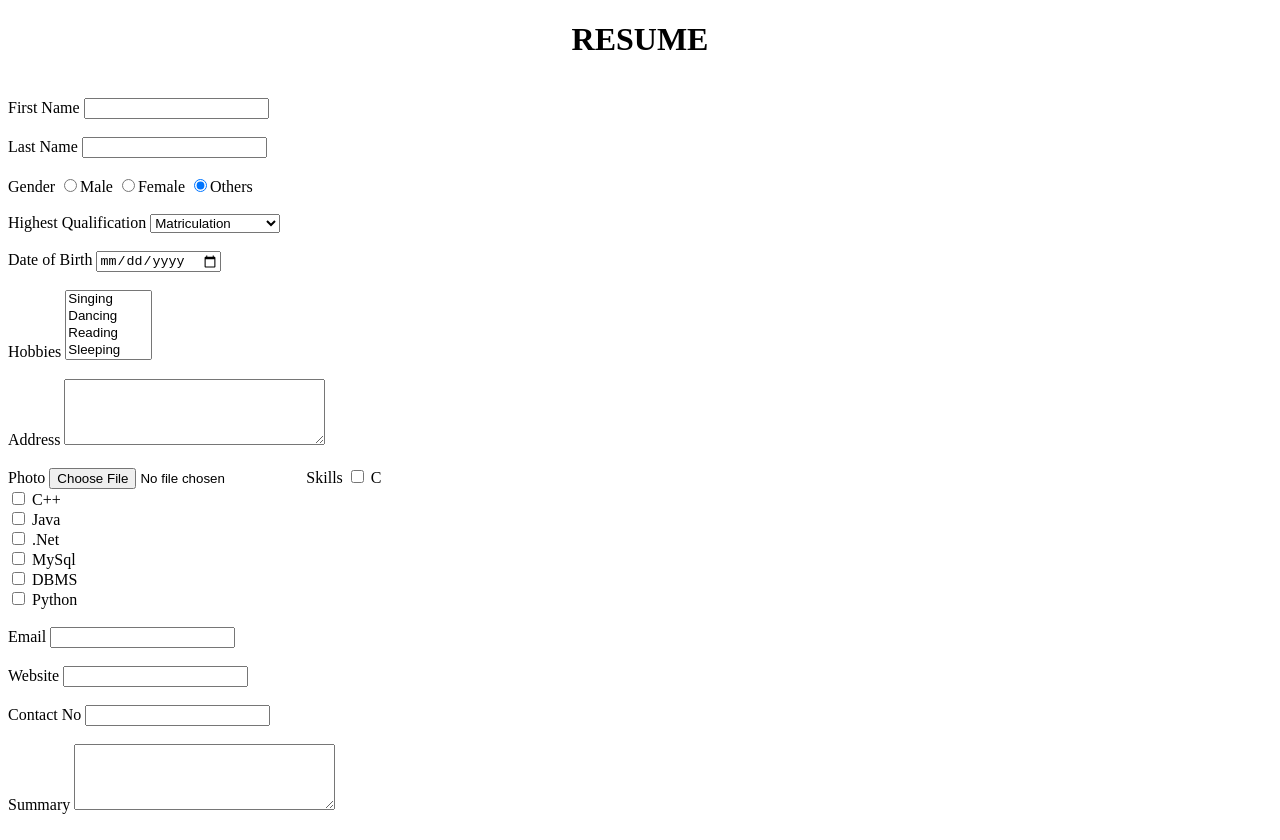
Repository: Rccalfa123/JEE
Page: MyFirstServlet/WebContent/Resume.html
An editor plug-in stored every save of this project. The page is shown before and after the next save, followed by the edit.
The browser window is 1280 px wide. The pictures show the whole page.

Above is the page before, as saved 2018-08-07 08:35:26.

### MyFirstServlet/WebContent/Resume.html
<!DOCTYPE html>
<html>
<head>
<meta charset="ISO-8859-1">
<title>Resume</title>
</head>
<body>
   <form action="ms1.java" method="get">
   <h1 align="center"> RESUME </h1><br>

   First Name <input type="text" name="fname"><br><br>

   Last Name  <input type="text" name="lname"><br><br>

   Gender <input type="radio" name = "gender" value="male" checked="checked">Male
   		  <input type="radio" name = "gender" value="female" checked="checked">Female
   		  <input type="radio" name = "gender" value="others" checked="checked">Others<br><br>

   Highest Qualification <select name = "Qualification">
            <option value="matriculation">Matriculation</option>
            <option value="intermediate">Intermediate</option>
            <option value="bachaolor_degree">Bachaelor Degree</option>
            <option value="masters">Masters</option>

   			</select> <br><br>

   Date of Birth <input type="date" name="dob"> <br><br>

   Hobbies <select multiple  name = "hobbies">
            <option value="singing">Singing</option>
            <option value="dancing">Dancing</option>
            <option value="reading">Reading</option>
            <option value="sleeping">Sleeping</option>
            <option value="eating">Eating</option>
            <option value="video_games">Video Games</option>

   			</select><br><br>

   Address <textarea name="address"   rows="4" cols="30"></textarea><br><br>

   Photo	<input type="file"  name="photo">


   Skills    <input type="checkbox" name="skills" value="c"> C <br>
   			 <input type="checkbox" name="skills" value="c++"> C++ <br>
   			 <input type="checkbox" name="skills" value="java"> Java <br>
  			 <input type="checkbox" name="skills" value=".net"> .Net <br>
  			 <input type="checkbox" name="skills" value="mysql"> MySql <br>
   			 <input type="checkbox" name="skills" value="dbms"> DBMS <br>
   			 <input type="checkbox" name="skills" value="python"> Python <br><br>

  Email    <input type="email"  name="email"> <br><br>

  Website  <input type="url" name="website"><br><br>

  Contact No <input type="text" name="contact_no"> <br><br>

  Summary  <textarea name="summary"   rows="4" cols="30"></textarea><br><br>


   </form>


</body>
</html>

After the next save:
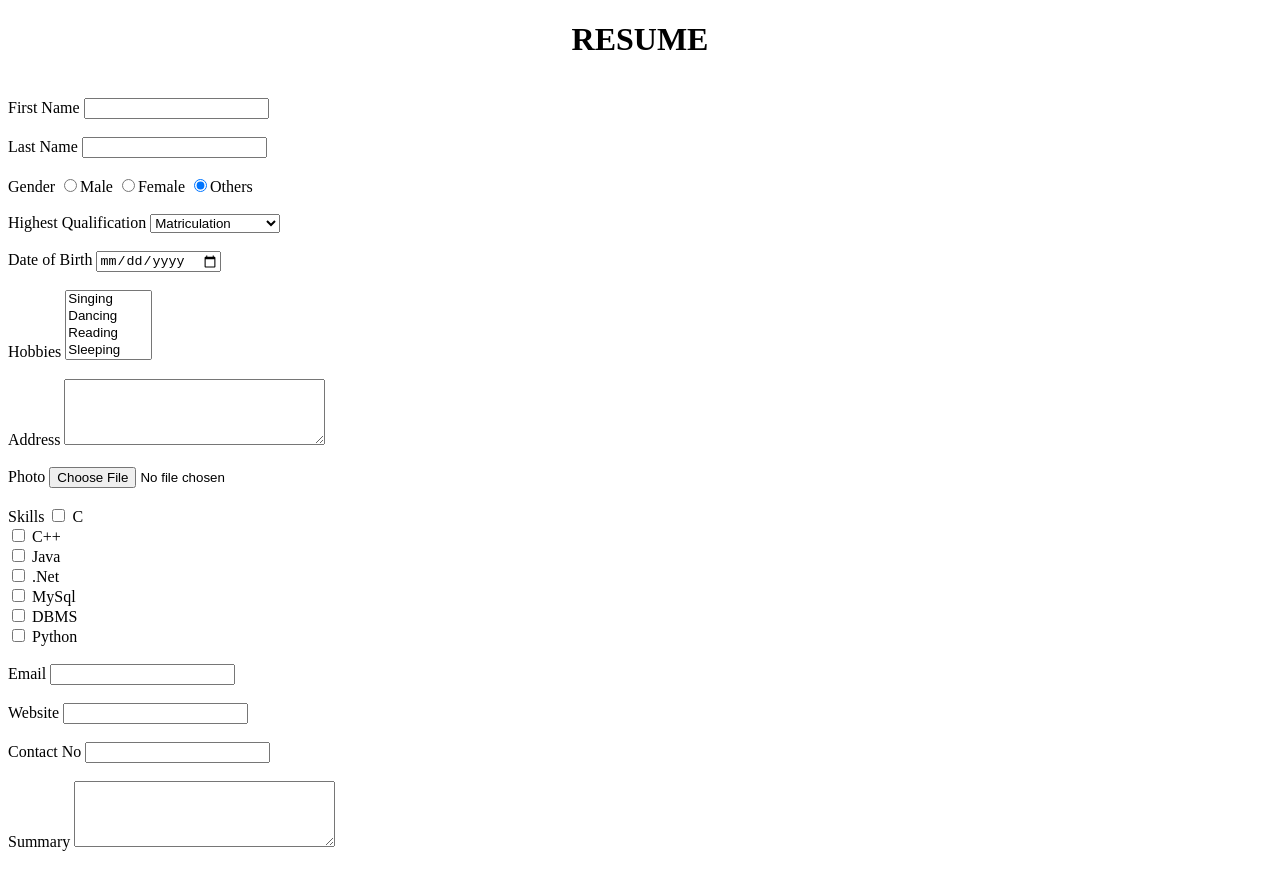
Saved 31 s later.
--- a/MyFirstServlet/WebContent/Resume.html
+++ b/MyFirstServlet/WebContent/Resume.html
@@ -38,7 +38,7 @@
 
    Address <textarea name="address"   rows="4" cols="30"></textarea><br><br>
 
-   Photo	<input type="file"  name="photo">
+   Photo	<input type="file"  name="photo">	<br><br>
 
 
    Skills    <input type="checkbox" name="skills" value="c"> C <br>
